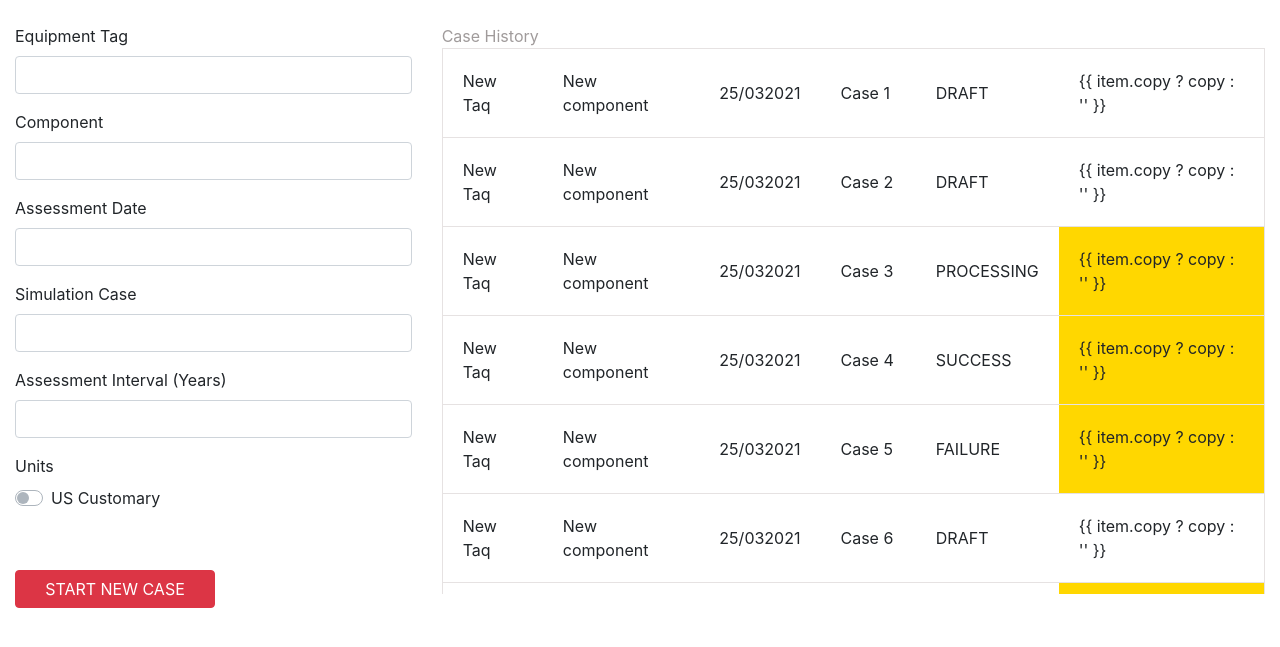
Repository: arif286/dashboard
Page: /
The author's editor kept a copy of each file at every save. The page is drawn from the files as they stood at one save, then again after the next save.
The browser window is 1280 px wide. The pictures show the whole page.
An inner scrolling area shows only its first screen. The project was rebuilt for these pictures with package versions that can differ from the ones it lists, and the page was loaded fresh each time. The framework's server and built-in components were replaced by stand-ins that run in the browser. Also part of the build but not shown: nuxt.config.js, components/Nav.vue.

Above is the page before, as saved 2021-06-18 19:35:40.

### components/Form.vue
<template>
  <div>
    <form class="Assessment-input" action="">
      <div class="mb-3">
        <label for="Input1" class="form-label">Equipment Tag</label>
        <input id="Input1" type="text" class="form-control">
      </div>
      <div class="mb-3">
        <label for="Input2" class="form-label">Component</label>
        <input id="Input2" type="text" class="form-control">
      </div>
      <div class="mb-3">
        <label for="Input3" class="form-label">Assessment Date</label>
        <input id="Input3" type="text" class="form-control">
      </div>
      <div class="mb-3">
        <label for="Input4" class="form-label">Simulation Case</label>
        <input id="Input4" type="text" class="form-control">
      </div>
      <div class="mb-3">
        <label for="Input5" class="form-label">Assessment Interval (Years)</label>
        <input id="Input5" type="text" class="form-control">
      </div>
      <div>
        <label for="Input5" class="form-label">Units</label>
        <b-form-checkbox v-model="checked" name="check-button" switch>
          US Customary
        </b-form-checkbox>
      </div>
      <b-button class="submit-button" type="submit" variant="danger">
        START NEW CASE
      </b-button>
    </form>
  </div>
</template>
<script>
export default {
  data () {
    return {
      form: {
        email: '',
        name: '',
        food: null,
        checked: []
      },
      foods: [
        { text: 'Select One', value: null },
        'Carrots',
        'Beans',
        'Tomatoes',
        'Corn'
      ],
      show: true,
      checked: false
    }
  },
  methods: {
    onSubmit (event) {
      event.preventDefault()
      alert(JSON.stringify(this.form))
    }
  }
}
</script>
<style>
.submit-button {
  width: 200px;
  margin-top: 60px;
}
.Assessment-input input:focus {
  border-color: red;
  box-shadow: none;
}
</style>

### components/Table.vue
<template>
  <div class="table-contain">
    <p class="title">
      Case History
    </p>
    <table class="w-100 table-border">
      <tbody>
        <tr v-for="item in data" :key="item.id">
          <td>{{ item.equipmentTag }}</td>
          <td>{{ item.component }}</td>
          <td>{{ item.assessmentDate }}</td>
          <td>Case {{ item.case }}</td>
          <td>{{ item.status }}</td>
          <td :class="item.copy ? 'copy-btn' : ''">
            {{ item.copy ? <span>copy</span> : '' }}
          </td>
        </tr>
      </tbody>
    </table>
  </div>
</template>

<script>
export default {
  props: {
    data: {
      type: Array,
      required: true
    }
  }
}
</script>
<style scoped>

.table-border tr{
 border: 1px solid #e6e2e2;
}
.table-border td{
  padding: 20px;
}
.title{
  margin-bottom: 0px;
  color: #a09b9b;
}
.table-contain {
  height: 570px;
  overflow-y: scroll;
}
.copy-btn{
  background-color: gold;
}
</style>

### pages/index.vue
<template>
  <div class="container">
    <div class="row mt-4">
      <div class="col-4">
        <Form />
      </div>
      <div class="col-8">
        <Table :data="dashboardData" />
      </div>
    </div>
  </div>
</template>

<script>
import { dashboardData } from '@/assets/dashboard.js'
// eslint-disable-next-line semi
export default {
  data () {
    return { dashboardData }
  }
}
</script>

<style>
.container {
  max-width: 1760px;
}
</style>

### assets/dashboard.js
export const dashboardData = [
  {
    id: 1,
    equipmentTag: 'New Taq',
    component: 'New component',
    assessmentDate: '25/032021',
    case: 1,
    status: 'DRAFT'
  },
  {
    id: 2,
    equipmentTag: 'New Taq',
    component: 'New component',
    assessmentDate: '25/032021',
    case: 2,
    status: 'DRAFT'
  },
  {
    id: 3,
    equipmentTag: 'New Taq',
    component: 'New component',
    assessmentDate: '25/032021',
    case: 3,
    status: 'PROCESSING',
    copy: true
  },
  {
    id: 4,
    equipmentTag: 'New Taq',
    component: 'New component',
    assessmentDate: '25/032021',
    case: 4,
    status: 'SUCCESS',
    copy: true
  },
  {
    id: 5,
    equipmentTag: 'New Taq',
    component: 'New component',
    assessmentDate: '25/032021',
    case: 5,
    status: 'FAILURE',
    copy: true
  },
  {
    id: 6,
    equipmentTag: 'New Taq',
    component: 'New component',
    assessmentDate: '25/032021',
    case: 6,
    status: 'DRAFT'
  },
  {
    id: 7,
    equipmentTag: 'New Taq',
    component: 'New component',
    assessmentDate: '25/032021',
    case: 7,
    status: 'SUCCESS',
    copy: true
  },
  {
    id: 8,
    equipmentTag: 'New Taq',
    component: 'New component',
    assessmentDate: '25/032021',
    case: 8,
    status: 'DRAFT'
  },
  {
    id: 9,
    equipmentTag: 'New Taq',
    component: 'New component',
    assessmentDate: '25/032021',
    case: 9,
    status: 'DRAFT'
  },
  {
    id: 10,
    equipmentTag: 'New Taq',
    component: 'New component',
    assessmentDate: '25/032021',
    case: 10,
    status: 'DRAFT'
  }
]

Loaded but not shown: layouts/default.vue (common file)

After the next save:
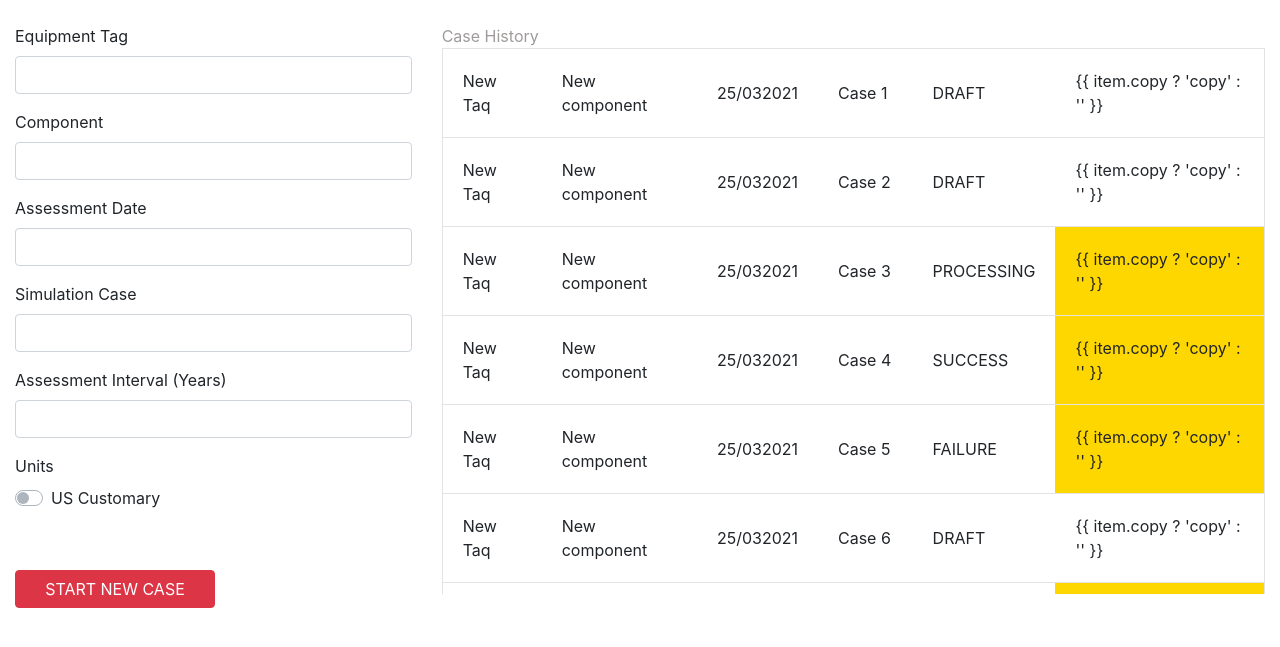
Saved 18 s later.
--- a/components/Table.vue
+++ b/components/Table.vue
@@ -12,7 +12,7 @@
           <td>Case {{ item.case }}</td>
           <td>{{ item.status }}</td>
           <td :class="item.copy ? 'copy-btn' : ''">
-            {{ item.copy ? <span>copy</span> : '' }}
+            {{ item.copy ? '<span>copy</span>' : '' }}
           </td>
         </tr>
       </tbody>
